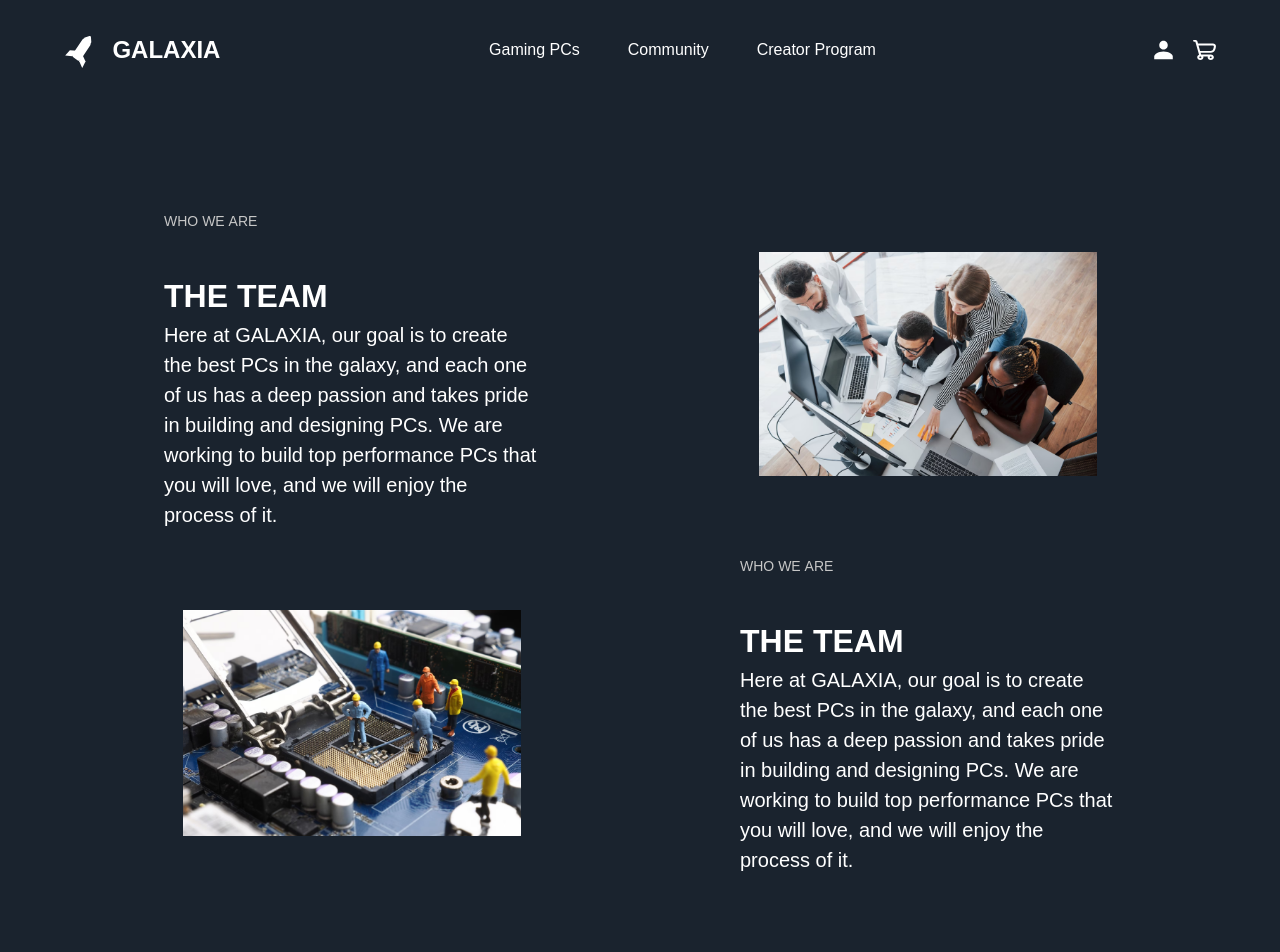
Repository: kaitlynlie/galaxia_pcs
Page: /community
An editor plug-in stored every save of this project. The page is shown before and after the next save, followed by the edit.
The browser window is 1280 px wide. The pictures show the part of the page from y = 0 to 952 px (the page is 2370 px tall before and 2450 px after).
Some web fonts or font styles are not loaded; a fallback is used. The project was rebuilt for these pictures with package versions that can differ from the ones it lists, and the page was loaded fresh each time. Also part of the build but not shown: vite.config.js, components/Button.jsx, components/PCcard.jsx, components/WhyFeatures.jsx, sections/Hero.jsx, sections/Triton.jsx, sections/Neptune.jsx, sections/Jupiter.jsx and 5 more. Imported but missing from the stored project, and not drawn on this page: src/assets/video.mp4.

Above is the page before, as saved 2023-08-08 18:40:57.

### index.html
<!DOCTYPE html>
<html lang="en">
  <head>
    <meta charset="UTF-8" />
    <link rel="icon" type="image/svg+xml" href="/logo.svg" />
    <link rel="preconnect" href="https://stijndv.com" />
    <link rel="stylesheet" href="https://stijndv.com/fonts/Eudoxus-Sans.css" />
    <meta name="viewport" content="width=device-width, initial-scale=1.0" />
    <title>GALAXIA</title>
  </head>
  <body>
    <div id="root"></div>
    <script type="module" src="/src/main.jsx"></script>
  </body>
</html>

### src/main.jsx
import React from 'react'
import App from './App.jsx'
import ReactDOM from 'react-dom';
import { BrowserRouter } from 'react-router-dom';


ReactDOM.render(
  <BrowserRouter>
    <App />
  </BrowserRouter>,
  document.getElementById('root'),
);

### src/App.jsx
import Navbar from '../components/Navbar'
import Home from '../pages/Home'
import Community from '../pages/Community'
import Creator from '../pages/Creator'
import PCs from '../pages/PCs'
import { Route, Routes } from 'react-router-dom'
import React from 'react'
import '../styles/globals.css'

function App() {

  return (
    <>
    <div className='bg-primary-black overflow-hidden'>
      <Navbar />
      <Routes>
        <Route index path="/" element={<Home />} />
        <Route path="pc" element={<PCs />} />
        <Route path="community" element={<Community />} />
        <Route path="creator" element={<Creator />} />
      </Routes>
     </div>
    </>
  )
}

export default App

### components/Navbar.jsx
import { motion } from "framer-motion";
import styles from '../styles'
import { navVariants, textVariant } from '../utils/motion'
import { useState } from "react";
import { RiMenu3Line, RiCloseLine } from 'react-icons/ri';
import { Link } from 'react-router-dom'
import React from 'react'

const Navbar = () => {
  const [toggleMenu, setToggleMenu] = useState(false);

  const [nav, setNav] = useState(false);

  const openNav = () => {
    setNav(!nav);
  };

  return(
   <motion.nav
    variants={navVariants}
    initial="show"
    whileInView="show"
    viewport={{ once: false, amount: 0.25 }}
    className={`${styles.xPaddings} py-8 relative`}
  >
    <div className={`${styles.innerWidth} mx-auto flex justify-between gap-8 inline-block`}>
      <div className="flex flex-row gap-4">
        <img
          src='./logo.svg'
          alt='logo'
          />
          <Link onClick={openNav} to="/"><motion.h1 variants={textVariant(1.1)} className="flex text-white font-bold text-[24px]">
            <a>GALAXIA</a>
          </motion.h1></Link>
      </div>

      <ul className='flex justify-center items-center text-white max-[880px]:hidden block'>
        <Link onClick={openNav} to='/pc'><li className="mr-12"><a>Gaming PCs</a></li></Link>
        <Link onClick={openNav} to='/community'><li className="mr-12"><a>Community</a></li></Link>
        <Link onClick={openNav} to='/creator'><li><a>Creator Program</a></li></Link>
      </ul>

      <div className="relative ml-1 pointer max-[880px]:block hidden z-10">
        {toggleMenu
          ? <RiCloseLine color="#fff" size={27} onClick={() => setToggleMenu(false)} />
          : <RiMenu3Line color="#fff" size={27} onClick={() => setToggleMenu(true)} />}
        {toggleMenu && (
        <div className="flex justify-end items-end flex-col text-end bg-[#026884ce] p-3 absolute top-[40px] right-[10px] mt-1 rounded-[5px] shadow z-10">
          <div className="none">
            <ul className='flex justify-end items-end flex-col text-white text-end p-1'>
              <Link onClick={openNav} to='/pc'><li><a>Gaming PCs</a></li></Link>
              <Link onClick={openNav} to='/community'><li className="mt-2 pointer"><a>Community</a></li></Link>
              <Link onClick={openNav} to='/creator'><li className="mt-2 pointer"><a>Creator Program</a></li></Link>
            </ul>
          </div>
        </div>
        )}
        </div>

        <div className="flex flex-row gap-4 items-center max-[880px]:hidden block">
        <img
          src='./user.svg'
          alt='user'
        />
        <img
          src='./cart.svg'
          alt='cart'
        />
      </div>
      </div>

  </motion.nav>
  );
};

export default Navbar;

### pages/Community.jsx
import { Footer, Navbar } from '../components';
import { People, Video } from '../sections';
import styles from '../styles';
import { TypingText } from '../components';
import React from 'react'

const Community = () => (
  <div className='bg-primary-black overflow-hidden'>
    <div className='relative'>
    {/* <span className={`${styles.xPaddings} font-extrabold text-white text-[40px]`}>COMMUNITY</span> */}
      <People />
      {/* <div className='gradient-03 z-0' /> */}
    </div>
    <div className='relative'>
      <Video />
      <div className={`w-full ${styles.xPaddings} md:px-[100px] mt-10 items-center flex-col flex justify-between relative mb-20`}>
          <TypingText title='WHO WE ARE' textStyles='text-center' />
          <div className={`${styles.xPaddings} font-normal text-center text-secondary-white mt-10 flex-col flex flex-center`}>
              <span className="font-extrabold text-white sm:text-[32px] text-[20px]">THE TEAM</span>
              <p className="text-[20px] text-white">Here at GALAXIA, our goal is to create the best PCs in the galaxy, and each one of us has a deep passion and takes pride in building and designing PCs. We are working to build top performance PCs that you will love, and we will enjoy the process of it.</p>
          </div>
        </div>
      {/* <div className='gradient-04 z-0' /> */}
      <Footer />
    </div>
  </div>
);

export default Community;

### styles/globals.css
@import "tailwindcss/base";

@import "tailwindcss/components";

@import "tailwindcss/utilities";

* {
  margin: 0;
  padding: 0;
  box-sizing: border-box;
  font-family: "Eudoxus Sans", sans-serif;
  scroll-behavior: smooth;
}

.gradient-01 {
  background-image: linear-gradient(
    270deg,
    hsl(295deg 76% 51%) 0%,
    hsl(284deg 70% 73%) 26%,
    hsl(257deg 70% 86%) 39%,
    hsl(202deg 92% 90%) 50%,
    hsl(215deg 77% 81%) 61%,
    hsl(221deg 73% 70%) 74%,
    hsl(220deg 76% 51%) 100%
  );
  filter: blur(125px);
}

.hero-gradient {
  background: linear-gradient(
    97.86deg,
    #a509ff 0%,
    #34acc7 53.65%,
    #a134c7 100%
  );
}

.gradient-02 {
  position: absolute;
  width: 200px;
  height: 438px;
  top: 0px;
  right: 0px;

  background: #7aebfb;
  filter: blur(190px);
}

.glassmorphism {
  background: rgba(255, 255, 255, 0.25);
  box-shadow: 0 8px 32px 0 rgba(31, 38, 135, 0.37);
  backdrop-filter: blur(4px);
  -webkit-backdrop-filter: blur(4px);
  border: 1px solid rgba(255, 255, 255, 0.18);
}

.gradient-03 {
  position: absolute;
  width: 404px;
  height: 800px;
  left: 20%;
  top: 5%;

  background: rgba(149, 66, 232, 0.35);
  filter: blur(175px);
  transform: rotate(-114.2deg);
}

.gradient-04 {
  position: absolute;
  width: 304px;
  height: 100vh;
  left: 30%;
  top: 10%;

  background: rgba(45, 72, 152, 0.75);
  filter: blur(200px);
  transform: rotate(-53.13deg);
}

.gradient-05 {
  background: linear-gradient(
    180deg,
    rgba(255, 255, 255, 0.04) 0%,
    rgba(255, 255, 255, 0) 100%
  );
}

.feedback-gradient {
  position: absolute;
  width: 200px;
  height: 316px;
  left: 0px;
  top: 0px;

  background: #8d39a3;
  filter: blur(175px);
}

.footer-gradient {
  position: absolute;
  width: 500px;
  height: 100px;
  left: 37%;
  bottom: 0;

  background: #65c4fa;
  filter: blur(150px);
}

.object {
  animation: MoveUpDown 4s linear infinite;
  position: relative;
  left: 0;
  bottom: 0;
}

@keyframes MoveUpDown {
  0%, 100% {
    bottom: 0;
  }
  50% {
    bottom: 100px;
  }
}

### styles/index.js
const styles = {
    innerWidth: '2xl:max-w-[1280px] w-full',
    interWidth: 'lg:w-[80%] w-[100%]',

    paddings: 'sm:p-16 xs:p-8 px-6 py-12',
    yPaddings: 'sm:py-16 xs:py-8 py-12',
    xPaddings: 'sm:px-16 px-6',
    topPaddings: 'sm:pt-16 xs:pt-8 pt-12',
    bottomPaddings: 'sm:pb-16 xs:pb-8 pb-12',

    flexCenter: 'flex justify-center items-center',
    flexStart: 'flex justify-start items-start',
    flexEnd: 'flex justify-end',
    navPadding: 'pt-[98px]',

    // hero section
    heroHeading:
        'font-bold lg:text-[144px] md:text-[100px] sm:text-[60px] text-[44px] lg:leading-[158.4px] md:leading-[114.4px] sm:leading-[74.4px] leading-[64.4px] uppercase text-white',
    heroDText:
        'md:w-[212px] sm:w-[80px] w-[60px] md:h-[108px] sm:h-[48px] h-[38px] md:border-[18px] border-[9px] rounded-r-[50px] border-white sm:mx-2 mx-[6px]',
  };

  export default styles;

### utils/motion.js
export const navVariants = {
  hidden: {
    opacity: 0,
    y: -50,
    transition: {
      type: 'spring',
      stiffness: 300,
      damping: 140,
    },
  },
  show: {
    opacity: 1,
    y: 0,
    transition: {
      type: 'spring',
      stiffness: 80,
      delay: 1,
    },
  },
};

export const slideIn = (direction, type, delay, duration) => ({
  hidden: {
    x: direction === 'left' ? '-100%' : direction === 'right' ? '100%' : 0,
    y: direction === 'up' ? '100%' : direction === 'down' ? '100%' : 0,
  },
  show: {
    x: 0,
    y: 0,
    transition: {
      type,
      delay,
      duration,
      ease: 'easeOut',
    },
  },
});

export const staggerContainer = (staggerChildren, delayChildren) => ({
  hidden: {},
  show: {
    transition: {
      staggerChildren,
      delayChildren,
    },
  },
});

export const textVariant = (delay) => ({
  hidden: {
    y: 50,
    opacity: 0,
  },
  show: {
    y: 0,
    opacity: 1,
    transition: {
      type: 'spring',
      duration: 1.25,
      delay,
    },
  },
});

export const textContainer = {
  hidden: {
    opacity: 0,
  },
  show: (i = 1) => ({
    opacity: 1,
    transition: { staggerChildren: 0.1, delayChildren: i * 0.1 },
  }),
};

export const textVariant2 = {
  hidden: {
    opacity: 0,
    y: 20,
  },
  show: {
    opacity: 1,
    y: 0,
    transition: {
      type: 'tween',
      ease: 'easeIn',
    },
  },
};

export const fadeIn = (direction, type, delay, duration) => ({
  hidden: {
    x: direction === 'left' ? 100 : direction === 'right' ? -100 : 0,
    y: direction === 'up' ? 100 : direction === 'down' ? -100 : 0,
    opacity: 0,
  },
  show: {
    x: 0,
    y: 0,
    opacity: 1,
    transition: {
      type,
      delay,
      duration,
      ease: 'easeOut',
    },
  },
});

export const planetVariants = (direction) => ({
  hidden: {
    x: direction === 'left' ? '-100%' : '100%',
    rotate: 120,
  },
  show: {
    x: 0,
    rotate: 0,
    transition: {
      type: 'spring',
      duration: 1.8,
      delay: 0.5,
    },
  },
});

export const zoomIn = (delay, duration) => ({
  hidden: {
    scale: 0,
    opacity: 0,
  },
  show: {
    scale: 1,
    opacity: 1,
    transition: {
      type: 'tween',
      delay,
      duration,
      ease: 'easeOut',
    },
  },
});

export const footerVariants = {
  hidden: {
    opacity: 0,
    y: 50,
    transition: {
      type: 'spring',
      stiffness: 300,
      damping: 140,
    },
  },
  show: {
    opacity: 1,
    y: 0,
    transition: {
      type: 'spring',
      stiffness: 80,
      delay: 0.5,
    },
  },
};

### components/index.js
import Navbar from './Navbar';
import { TypingText, TitleText } from './CustomTexts';
import PCcard from './PCcard';
import WhyFeatures from './WhyFeatures';
import Footer from './Footer';
import Button from './Button';

export {
  Navbar,
  TitleText,
  TypingText,
  WhyFeatures,
  PCcard,
  Footer,
  Button,
};

### sections/index.js
import Hero from './Hero';
import Triton from './Triton';
import Neptune from './Neptune';
import Jupiter from './Jupiter';
import WhyUs from './WhyUs';
import People from './People';
import Video from './Video'
import Program from './Program'

export {
  Hero,
  Triton,
  Neptune,
  Jupiter,
  WhyUs,
  People,
  Video,
  Program
};

### components/CustomTexts.jsx
'use client';

import { motion } from "framer-motion";
import { textContainer, textVariant2 } from '../utils/motion'

export const TypingText = ({ title, textStyles}) => (
  <motion.p
    variants={textContainer}
    className={`font-normal text-[14px] text-secondary-white ${textStyles}`}
  >
    {Array.from(title).map((letter, index) => (
      <motion.span variants={textVariant2} key={index}>
        {letter === ' ' ? '\u00A0' : letter}
      </motion.span>
    ))}
  </motion.p>
);

export const TitleText = ({ title, textStyles}) => (
  <motion.h2
    variants={textVariant2}
    initial='hidden'
    whileInView='show'
    className={`mt-[22px] font-bold text-[32px] text-white ${textStyles}`}>
      {title}
  </motion.h2>
);

### components/Footer.jsx
'use client';
import { motion } from "framer-motion";
import { socials } from "../constants";
import styles from "../styles";
import { footerVariants } from "../utils/motion";

const Footer = () => (
  <motion.footer
    variants={footerVariants}
    initial='show'
    whileInView='show'
    viewport={{ once: true, amount: 0.25 }}
    className={`${styles.paddings} py-8 relative`}>
    {/* <div className="footer-gradient" /> */}
    <div className={`${styles.innerWidth} mx-auto flex flex-col gap-8`}>
      <div className="flex items-center sm:justify-between flex-wrap gap-5">
        <h4 className="font-bold md:text-[64px] text-[44px] text-white">Stay Up to Date</h4>
        <button type="button" className="flex items-center h-fit py-4 px-6 bg-[#25618b] rounded-[32px] gap-[12px]">
          <img src='/logo.svg' alt='logo' className="w-[24px] h-[24px] object-contains"/>
          <span className="font-normal text-[16px] text-white">Sign Up</span>
        </button>
      </div>

      <div className="flex flex-col">
        <div className="mb-[50px] h-[2px] bg-white opacity-10"/>
        <div className="flex items-center justify-between flex-wrap gap-4">
          <h4 className="font-extrabold text-[24px] text-white">GALAXIA</h4>
          <p className="font-normal text-[14px] text-white opacity-50">
          Copyright © 2023 - 2024 Galaxia. All rights reserved.
          </p>
          <div className="flex gap-4">
            {socials.map((social) => (
              <img
                key={social.name}
                src={social.url}
                alt={social.name}
                className="w-[24px] h-[24px] object-contain cursor-pointer" />
            ))}
          </div>
        </div>
      </div>
    </div>
  </motion.footer>
);

export default Footer;

### sections/People.jsx
import React from 'react'

import { motion } from "framer-motion";
import { TypingText, Button } from '../components'
import styles from '../styles';
import { fadeIn, staggerContainer } from '../utils/motion';

const People = () => (
    <section className={`${styles.xPaddings} relative z-10 py-8 flex flex-row justify-center items-center mt-10`}>
      {/* <div className={`${styles.innerWidth} md:px-[100px] mb-0 items-center flex-row max-[1234px]:flex-col flex justify-between`}> */}
      <div className='flex flex-row justify-center items-center'>
      <div className={`${styles.innerWidth} md:px-[100px] mb-0 items-center flex-col flex justify-between`}>
        {/* <div className='mr-24 max-[1234px]:mr-0'> */}
        <div>
          <TypingText title='WHO WE ARE' textStyles='text-start max-[1234px]:text-center' />
          <div className="font-normal text-start max-[1234px]:text-center text-secondary-white mt-10 flex-col flex flex-center">
              <span className="font-extrabold text-white sm:text-[32px] text-[20px]">THE TEAM</span>
              <p className="text-[20px] text-white">Here at GALAXIA, our goal is to create the best PCs in the galaxy, and each one of us has a deep passion and takes pride in building and designing PCs. We are working to build top performance PCs that you will love, and we will enjoy the process of it.</p>
          </div>
        </div>

        <img
          src="/process.png"
          alt="process"
          className="z-10 relative w-[90%] h-[90%] mt-20"
        />
          {/* <img
            src="/team.png"
            alt="team"
            className="z-10 relative w-[90%] h-[90%] max-[1234px]:mt-20 max-[1234px]:hidden"
          /> */}
    </div>

    <div className={`${styles.innerWidth} ${styles.xPaddings} md:px-[100px] mb-0 items-center flex-col flex justify-between mt-20`}>
      <img
        src="/team.png"
        alt="team"
        className="z-10 relative w-[90%] h-[90%] max-[1234px]:mt-20 max-[1234px]:hidden"
      />

      {/* <div className='ml-24 max-[1234px]:ml-0 max-[1234px]:mt-20'> */}
      <div className='mt-20'>
        <TypingText title='WHO WE ARE' textStyles='text-start max-[1234px]:text-center' />
        <motion.div
          variants={fadeIn('up', 'tween', 0.2, 1)}
          viewport={{ once: true, amount: 0.25}}
          className="font-normal max-[1234px]:text-center text-start text-secondary-white mt-10 flex-col flex flex-center">
            <span className="font-extrabold text-white sm:text-[32px] text-[20px]">THE TEAM</span>
            <p className="text-[20px] text-white">Here at GALAXIA, our goal is to create the best PCs in the galaxy, and each one of us has a deep passion and takes pride in building and designing PCs. We are working to build top performance PCs that you will love, and we will enjoy the process of it.</p>
        </motion.div>
      </div>
    </div>
    </div>
</section>
);

export default People

### sections/Video.jsx
import React, { useState } from 'react';
import { BsFillPlayFill, BsPauseFill } from 'react-icons/bs'
import { video } from '../src/assets';
import styles from '../styles';
import { TypingText } from '../components';

const Video = () => {
  const vidRef = React.useRef();
  const [playVideo, setplayVideo] = React.useState(false)
  const handleVideo = () => {
    setplayVideo((prevPlayVideo) => !prevPlayVideo)
    if(playVideo) {
      vidRef.current.pause();
    } else {
      vidRef.current.play();
    }
  }
  return (
    <div className={`h-screen relative mt-20 max-[1200px]:px-0 px-80 py-20 max-[1200px]:py-0`}>
      <video
        src={video}
        ref={vidRef}
        className='object-cover w-[100%] h-[100%]'
        type='video/mp4'
        loop
        controls = {false}
        muted
      />
      <div className='absolute flex justify-center items-center inset-0'>
        <div
        className='flex justify-center items-center pointer rounded-full border border-white w-[100px] h-[100px]'
        onClick={handleVideo}>
          {playVideo
          ? ( <BsPauseFill color='#fff' fontSize={50}/>
          ) : <BsFillPlayFill color='#fff' fontSize={50}/> }
        </div>
      </div>
    </div>
  )
};

export default Video;

### constants/index.js
export const neptuneSet = [
  {
    imgUrl: '/pc3.png',
    title: 'THALASSA',
    price: '$1,099.99 USD',
    xprice: '$1,299.99 USD',
  },
  {
    imgUrl: '/pc2.png',
    title: 'NEREID',
    price: '$1,399.99 USD',
    xprice: '$1,699.99 USD',
  },
  {
    imgUrl: '/pc1.png',
    title: 'TRITON',
    price: '$1,599.99 USD',
    xprice: '$1,999.99 USD'
  }
];

export const jupiterSet = [
  {
    imgUrl: '/pc4.png',
    title: 'EUROPA',
    price: '$2,499.99 USD',
    xprice: '$2,699.99 USD',
  },
  {
    imgUrl: '/pc5.png',
    title: 'CALLISTO',
    price: '$2,599.99 USD',
    xprice: '$2,799.99 USD',
  },
  {
    imgUrl: '/pc6.png',
    title: 'GANYMEDE',
    price: '$2,799.99 USD',
    xprice: '$2,999.99 USD'
  }
]

export const whyUs = [
  {
    number: 1,
    subtitle: 'Built with the highest quality of materials, Galaxia hand builds and ships worldwide, delivering with a white glove service.'
  },
  {
    number: 2,
    subtitle: 'We offer a 1 year full parts and labor warranty in case anything happens, so you can spend your time having fun instead fo worrying.'
  },
  {
    number: 3,
    subtitle: 'We are not lying when we say we have the highest performing PCs in the galaxy, with quality parts and expert craftmanship for the best experience.'
  }
]

export const creators = [
  {
    number: 1,
    subtitle: 'When you sign up for our GALAXIA creator program, your application will be interviewed by our team. Then, if you are the right fit, you will receive a response.'
  },
  {
    number: 2,
    subtitle: 'If you have been accepted to our program, then congratulations! You will receive a welcome email, tracking link, creator panel, and more you will need to be a GALAXIA creator.'
  },
  {
    number: 3,
    subtitle: 'Once your creator panel is up and running, you will receive 5% of every sale you make by using your link!'
  }
]

export const socials = [
  {
    name: 'twitter',
    url: '/twitter.svg',
  },
  {
    name: 'linkedin',
    url: '/linkedin.svg',
  },
  {
    name: 'instagram',
    url: '/instagram.svg',
  },
  {
    name: 'facebook',
    url: '/facebook.svg',
  },
];

### src/assets/index.js
import video from './video.mp4'

export {
    video
}

### tailwind.config.js
/** @type {import('tailwindcss').Config} */
module.exports = {
  content: [
    "./src/**/*.{html,js,jsx}",
    './pages/**/*.{html,js,jsx}',
    './components/**/*.{html,js,jsx}',
    './sections/**/*.{html,js,jsx}',
    './styles/**/*.{js,jsx}',
  ],
  mode: 'jit',
  theme: {
    extend: {
      colors: {
        'primary-black': '#1A232E',
        'secondary-white': '#c7c7c7',
      },
      transitionTimingFunction: {
        'out-flex': 'cubic-bezier(0.05, 0.6, 0.4, 0.9)',
      },
    },
  },
  plugins: [],
};

After the next save:
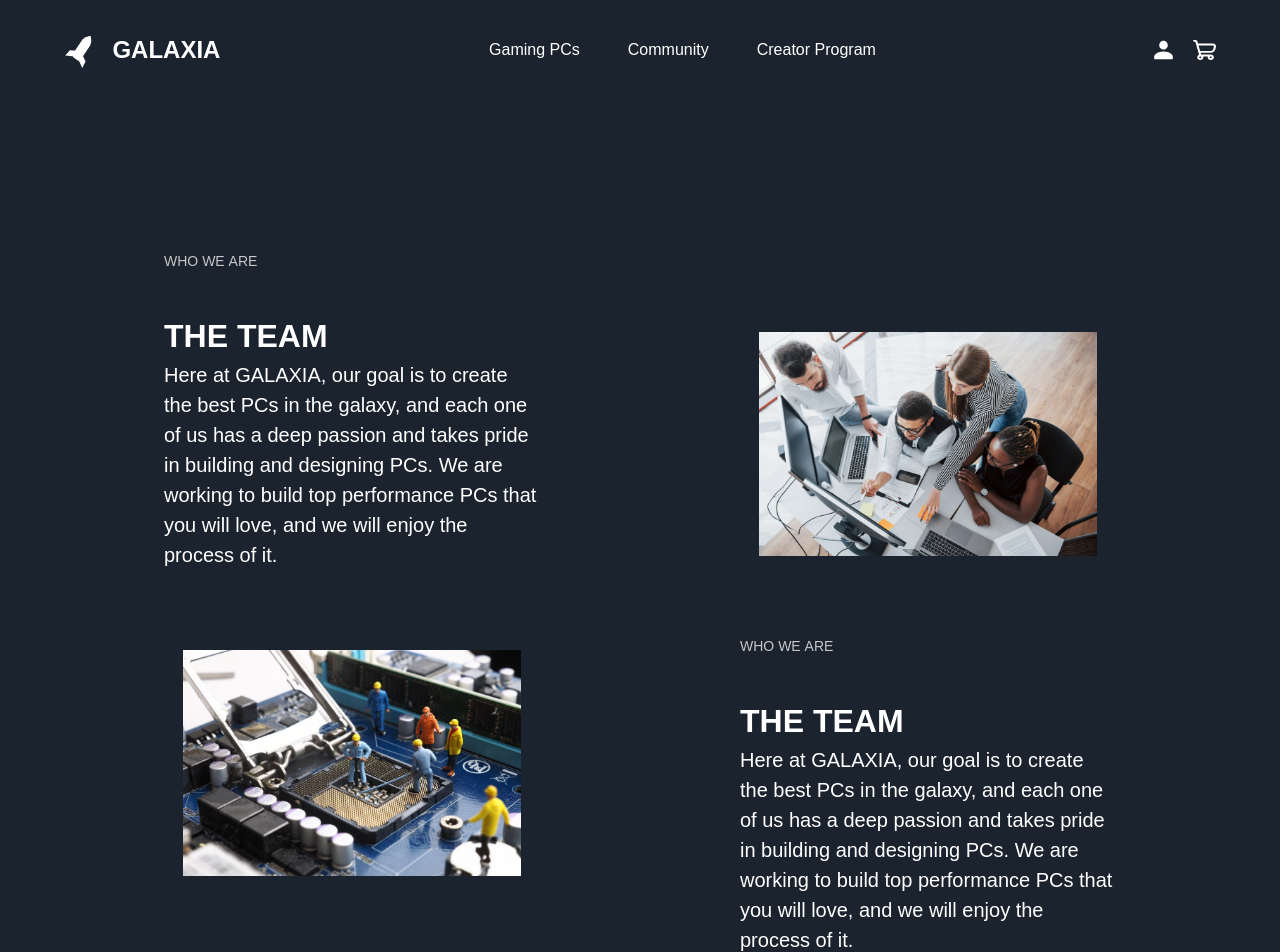
Saved 99 s later.
--- a/sections/People.jsx
+++ b/sections/People.jsx
@@ -35,7 +35,7 @@
       <img
         src="/team.png"
         alt="team"
-        className="z-10 relative w-[90%] h-[90%] max-[1234px]:mt-20 max-[1234px]:hidden"
+        className="z-10 relative w-[90%] h-[90%] mt-20 max-[1234px]:hidden"
       />
 
       {/* <div className='ml-24 max-[1234px]:ml-0 max-[1234px]:mt-20'> */}
